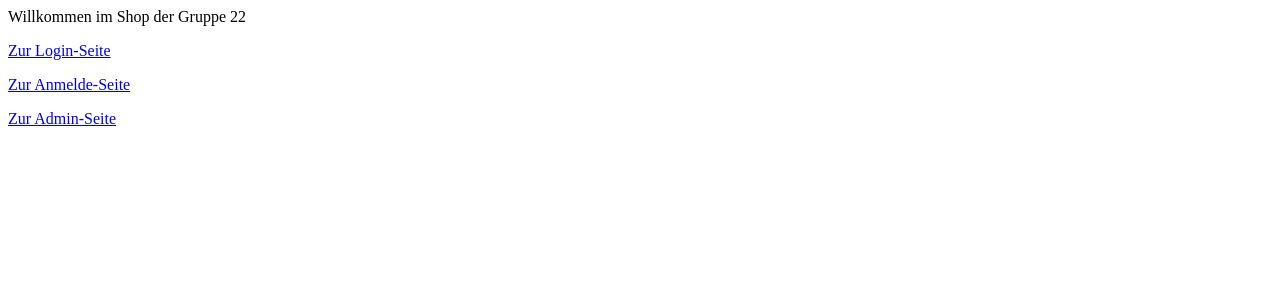
Repository: exic/VIS-Labor
Page: http://localhost/vislabor/
The author's editor kept a copy of each file at every save. The page is drawn from the files as they stood at one save, then again after the next save.
The browser window is 1280 px wide. The pictures show the whole page.
The page is served by Tomcat 9.

Above is the page before, as saved 2011-05-14 14:09:17.

After the next save:
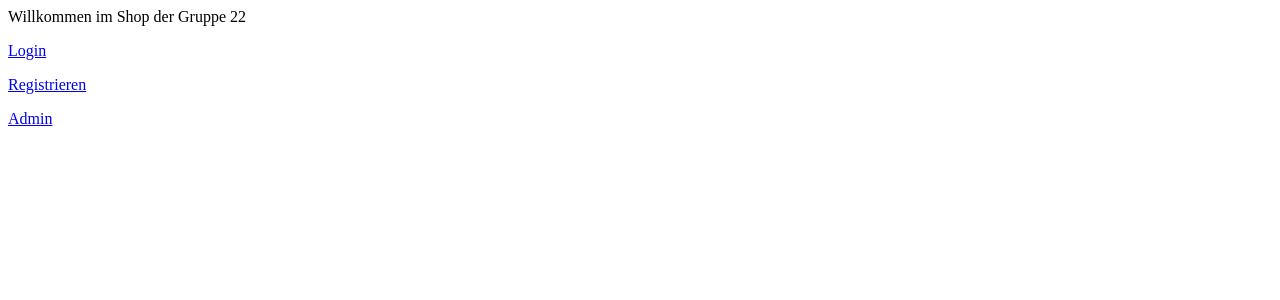
Saved 3 min 48 s later.
--- a/workspace/vislabor/WebContent/index.jsp
+++ b/workspace/vislabor/WebContent/index.jsp
@@ -9,9 +9,9 @@
 	<body>
 		Willkommen im Shop der Gruppe 22
 
-		<p><a href="<s:url action="forward_to_login"/>">Zur Login-Seite</a> </p>
-		<p><a href="<s:url action="forward_to_register"/>">Zur Anmelde-Seite</a> </p>
-		<p><a href="<s:url action="forward_to_admin"/>">Zur Admin-Seite</a> </p>
+		<p><a href="<s:url action="forward_to_login"/>">Login</a> </p>
+		<p><a href="<s:url action="forward_to_register"/>">Registrieren</a> </p>
+		<p><a href="<s:url action="forward_to_admin"/>">Admin</a> </p>
 
 	</body>
 </html>
